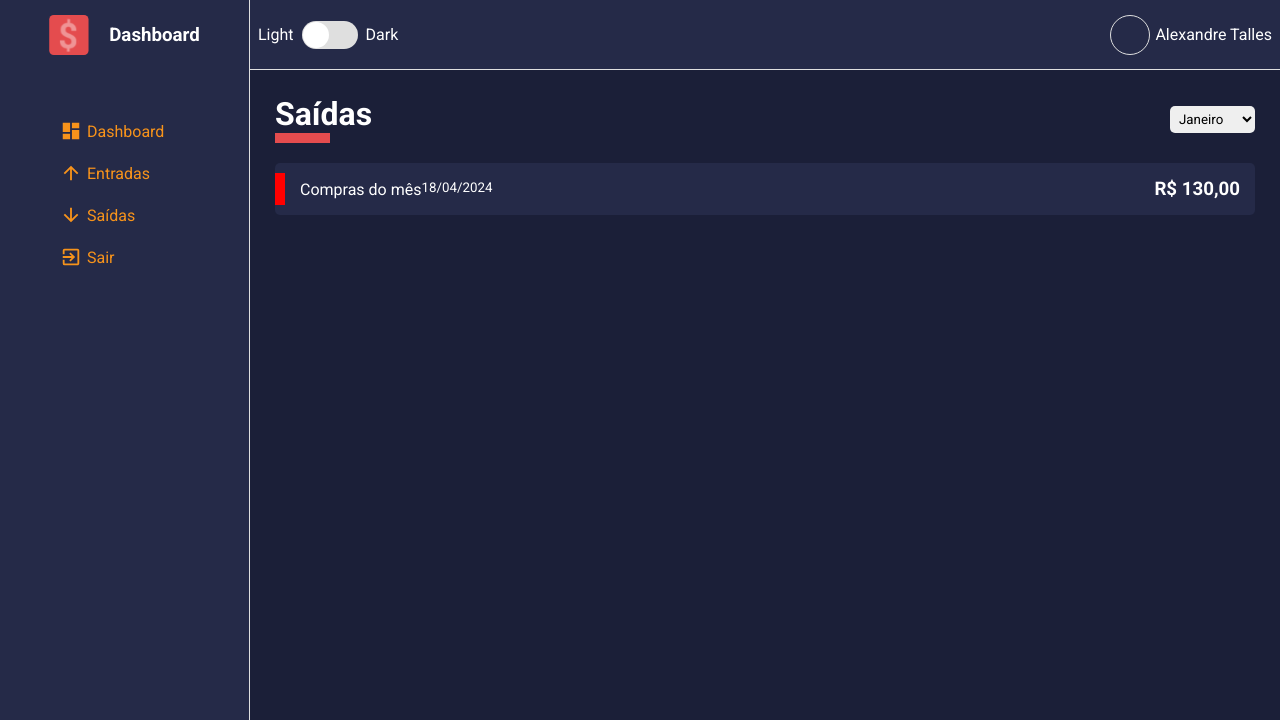
Repository: XFERRER7/dashboard
Page: /
These files come from the project's save history. The page is drawn as it stood at one moment and after a run of saves; the edit follows.
The browser window is 1280 px wide. The pictures show the whole page.
The project was rebuilt for these pictures with package versions that can differ from the ones it lists, and the page was loaded fresh each time. Also part of the build but not shown: vite.config.ts.

Above is the page before, as saved 2022-07-11 16:53:46.

### index.html
<!DOCTYPE html>
<html lang="pt-br">

<head>
  <meta charset="UTF-8" />
  <meta name="viewport" content="width=device-width, initial-scale=1.0" />
  <link rel="shortcut icon" href="src/assets/Logo.svg" type="image/x-icon">
  <link rel="preconnect" href="https://fonts.googleapis.com">
  <link rel="preconnect" href="https://fonts.gstatic.com" crossorigin>
  <link href="https://fonts.googleapis.com/css2?family=Roboto:wght@400;500;700&display=swap" rel="stylesheet">
  <title>Dashboard</title>
</head>

<body>
  <div id="root"></div>
  <script type="module" src="/src/main.tsx"></script>
</body>

</html>

### src/main.tsx
import React from 'react'
import ReactDOM from 'react-dom/client'
import {App} from './App'

ReactDOM.createRoot(document.getElementById('root')!).render(
  <React.StrictMode>
    <App />
  </React.StrictMode>
)

### src/App.tsx
import Global from "./styles/Global"
import { Layout } from './components/Layout'
import { ThemeProvider } from 'styled-components'
import dark from './styles/Themes/dark'
import light from './styles/Themes/light'
import { Dashboard } from "./pages/Dashboard"
import { List } from "./pages/List"

export const App = () => {
  return (
    <div>
      <ThemeProvider theme={dark}>
        <Global />
        <Layout>
          <List/>
        </Layout>
      </ThemeProvider>
    </div>
  )
}

### src/styles/Global.ts
import { createGlobalStyle } from 'styled-components'

export default createGlobalStyle`

  * {
    margin: 0;
    padding: 0;
    box-sizing: border-box;
  }

  html, body, #root {
    height: 100%;
  }

  *, button, input {
    border: 0;
    outline: 0;
    font-family: 'Roboto', sans-serif;
  }

  button {
    cursor: pointer;
  }

`;

### src/components/Layout/index.tsx
import { Container } from './Styles'
import { MainHeader } from '../MainHeader'
import { Content } from '../Content'
import { Aside } from '../Aside'
import { ReactNode } from 'react';

interface BaseLayoutProps {
  children?: ReactNode;
}


export const Layout = ({ children }: BaseLayoutProps) => {
  return (
    <Container>
      <MainHeader />
      <Aside />
      <Content>
        {children}
      </Content>
    </Container>
  )
}

### src/styles/Themes/dark.ts
export default {
  title: 'dark',

  colors: {
    primary: '#1B1F38',
    secondary: '#252A48',
    tertiary: '##313862',

    white: '#fff',
    black: '#000',
    gray: '#dfdfdf',

    sucess: '#4E41F0',
    info: '#F7931B',
    warning: '#E44C4E'


  }
}

### src/pages/List/index.tsx
import React from 'react'
import { CardFinance } from '../../components/CardFinance'
import { HeaderContent } from '../../MiniComponents/headerContent'
import { Select } from '../../MiniComponents/select'
import { Container } from './styles'

export const List = () => {

  const options = [
    {
      value: 'Janeiro',
      label: 'Janeiro'
    },
    {
      value: 'Fevereiro',
      label: 'Fevereiro'
    },
    {
      value: 'Março',
      label: 'Março'
    }

  ]

  return (
    <Container>
      <HeaderContent titulo={'Saídas'} lineColor={'#E44C4E'}>
        <Select option={options}/>
      </HeaderContent>

      <CardFinance/>

    </Container>
  )
}

### src/components/Layout/Styles.ts
import styled from "styled-components"

export const Container = styled.div`
  display: grid;
  grid-template-columns: 250px auto;
  grid-template-rows: 70px auto;

  grid-template-areas:
  'AS MH'
  'AS CT';
  height: 100vh;

`

### src/components/MainHeader/index.tsx

import { Toggle } from '../../MiniComponents/Toggle'
import {
  Container,
  Profile,
  UserName,
  ImgUser
}
  from './Styles'


export const MainHeader = () => {

  return (
    <Container>
      <Toggle/>

      <Profile>
        <ImgUser/>
        <UserName>Alexandre Talles</UserName>

      </Profile>
    </Container>
  )
}

### src/components/Content/index.tsx
import { ReactNode } from 'react';
import { Container } from './Styles'

interface BaseLayoutProps {
  children?: ReactNode;
}

export const Content = ({ children }: BaseLayoutProps) => {
  return (
    <Container>
      {children}
    </Container>
  )
}

### src/components/Aside/index.tsx
import {
  Container,
  Header,
  Title,
  ImgLogo,
  Menu,
  ItemMenu
} from './Styles'
import logo from '../../assets/Logo.svg'
import {
  MdDashboard,
  MdArrowDownward,
  MdArrowUpward,
  MdExitToApp
} from 'react-icons/md'

export const Aside = () => {
  return (
    <Container>
      <Header>
        <ImgLogo src={logo} alt="Logo dashboard" />
        <Title>Dashboard</Title>
      </Header>
      <Menu>
        <ItemMenu href="#">
          <MdDashboard />
          Dashboard
        </ItemMenu>
        <ItemMenu href="#">
          <MdArrowUpward />
          Entradas
        </ItemMenu>
        <ItemMenu href="#">
          <MdArrowDownward />
          Saídas
        </ItemMenu>
        <ItemMenu href="#">
          <MdExitToApp />
          Sair
        </ItemMenu>
      </Menu>
    </Container>
  )
}

### src/components/CardFinance/index.tsx

import { Toggle } from '../../MiniComponents/Toggle'
import {
  Container,
  InfoCard,
  Highlighter
}
  from './Styles'


export const CardFinance = () => {

  return (
    <Container>
      <Highlighter/>
      <InfoCard>
        <span>Compras do mês</span>
        <small>18/04/2024</small>
      </InfoCard>
      <h3>R$ 130,00</h3>
    </Container>
  )
}

### src/MiniComponents/headerContent/index.tsx
import {
  Container,
  TitleContainer,
  Controller
} from './styles'

import { Select } from '../../MiniComponents/select'

interface IHeaderContentProps {
  titulo: string;
  lineColor: string;
  children: React.ReactNode;
}

export const HeaderContent = ({titulo, lineColor, children}: IHeaderContentProps) => {


  return (
    <Container>
      <TitleContainer lineColor={lineColor}>
        <h1>{titulo}</h1>
      </TitleContainer>
      <Controller>
        {children}
      </Controller>
    </Container>
  )
}

### src/MiniComponents/select/index.tsx
import React, { FC } from 'react'
import { Container } from './styles'

interface IselectProps {
  option: {
    value: string | number;
    label: string | number;
  }[],
}

export const Select = ({option}: IselectProps) => {
  return (

    <Container>
      <select>
        {
          option.map(option => <option key={option.value} value={option.value}>{option.label}</option>)
        }
      </select>
    </Container>
  )
}

### src/pages/List/styles.ts
import styled from "styled-components";

export const Container = styled.div`

`

### src/MiniComponents/Toggle/index.tsx
import React, { useState } from 'react'
import { Container, ToggleLabel, ToggleSelector } from './styles'


export const Toggle = () => {

  const [on, setOn] = useState(false);

  return (
    <Container>
      <ToggleLabel>
        Light
      </ToggleLabel>
      <ToggleSelector
        checked={on }
        uncheckedIcon={false}
        checkedIcon={false}
        onChange={() => setOn(!on)}
      />
      <ToggleLabel>
        Dark
      </ToggleLabel>
    </Container>
  )
}

### src/components/MainHeader/Styles.ts
import styled from "styled-components"

export const Container = styled.div`
  grid-area: MH;
  color: ${props => props.theme.colors.white};
  background-color: ${props => props.theme.colors.secondary};
  display: flex;
  justify-content: space-between;
  align-items: center;
  padding: 8px;
  border-bottom: 1px solid ${props => props.theme.colors.gray};
`

export const Profile = styled.div`
  display: flex;
  align-items: center;
  justify-content: center;
  gap: 5px;
`

export const UserName = styled.div`

`

export const ImgUser = styled.div`
  height: 40px;
  width: 40px;
  border-radius: 50%;
  border: 1px solid ${props => props.theme.colors.gray};
`

### src/components/Content/Styles.ts
import styled from "styled-components"

export const Container = styled.div`
  grid-area: CT;
  color: ${props => props.theme.colors.white};
  background-color: ${props => props.theme.colors.primary};
  padding: 25px;
`

### src/components/Aside/Styles.ts
import styled from "styled-components"

export const Container = styled.div`
  grid-area: AS;
  color: ${props => props.theme.colors.white};
  background-color: ${props => props.theme.colors.secondary};
  border-right: 1px solid ${props => props.theme.colors.gray};
`

export const Header = styled.div`
  height: 70px;
  display: flex;
  align-items: center;
  justify-content: center;
  gap: 20px;
`
export const Title = styled.h3`

`
export const ImgLogo = styled.img`
  height: 40px;
  width: 40px;
`
export const Menu = styled.nav`
  display: flex;
  flex-direction: column;
  justify-content: center;
  gap: 20px;
  margin-top: 50px;
  margin-left: 60px;
`
export const ItemMenu = styled.a`
  text-decoration: none;
  color: ${props => props.theme.colors.info};
  transition: 0.1s all ease;
  display: flex;
  align-items: center;
  gap: 5px;


  &:hover {
    opacity: .8;
  }

  > svg {
    font-size: 22px;
  }
`

### src/components/CardFinance/Styles.ts
import styled from "styled-components"

export const Container = styled.li`
  list-style: none;
  margin-top: 20px;
  background-color: ${props => props.theme.colors.secondary};
  border-radius: 5px;
  padding: 15px;
  display: flex;
  justify-content: space-between;
  align-items: center;
  position: relative;
`

export const InfoCard = styled.div`
  padding-left: 10px;
  display: flex;

`

export const Highlighter = styled.div`
  position: absolute;
  left: 0;
  background-color: red;
  width: 10px;
  height: 60%;
`

### src/MiniComponents/headerContent/styles.ts
import styled from "styled-components";

interface ItitleContainerProps {
  lineColor: string;
}


export const Container = styled.div`
  display: flex;
  justify-content: space-between;
`

export const TitleContainer = styled.div<ItitleContainerProps>`


  > h1 {

    color: ${props => props.theme.colors.white};
    &::after {
    content: '';
    display: block;
    width: 55px;
    border-bottom: 10px solid ${props => props.lineColor};
  }
  }

`
export const Controller = styled.div`
  display: flex;
  gap: 5px;
  align-items: center;
`

### src/MiniComponents/select/styles.ts
import styled from "styled-components";

export const Container = styled.div`

  > select {
    padding: 5px;
    border-radius: 5px;
  }
`

### src/MiniComponents/Toggle/styles.ts
import styled from "styled-components";
import Switch, { ReactSwitchProps } from 'react-switch'

export const Container = styled.div`
  display: flex;
  align-items: center;
`

export const ToggleLabel = styled.span`
  color: ${props => props.theme.colors.white};

`

export const ToggleSelector = styled(Switch).attrs<ReactSwitchProps>(
  ({ theme }) => ({
    onColor: theme.colors.primary,
    offColor: theme.colors.gray
  })) <ReactSwitchProps>`
  margin: 0 8px;

`;

After the next 3 saves:
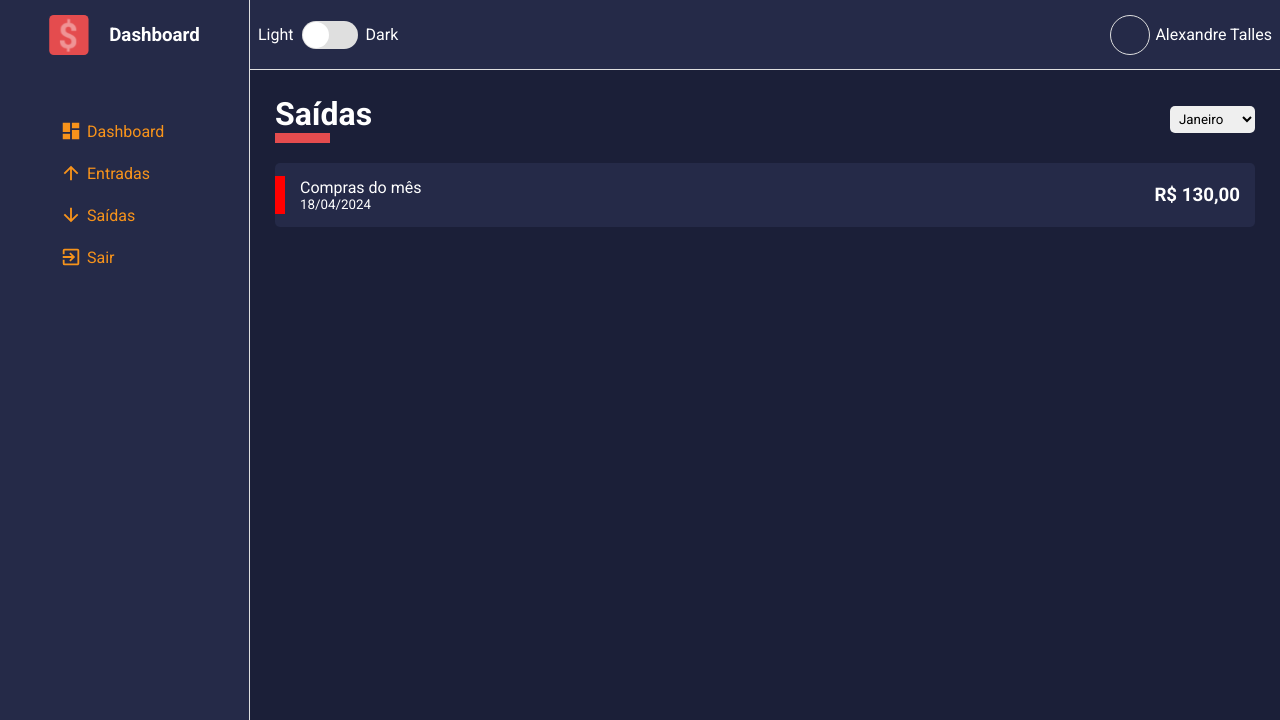
The 3 saves are shown as one change because they came seconds apart.
The last was saved 12 s later.
--- a/src/components/CardFinance/Styles.ts
+++ b/src/components/CardFinance/Styles.ts
@@ -15,7 +15,8 @@ export const Container = styled.li`
 export const InfoCard = styled.div`
   padding-left: 10px;
   display: flex;
-
+  flex-direction: column;
+  justify-content: space-between;
 `
 
 export const Highlighter = styled.div`
